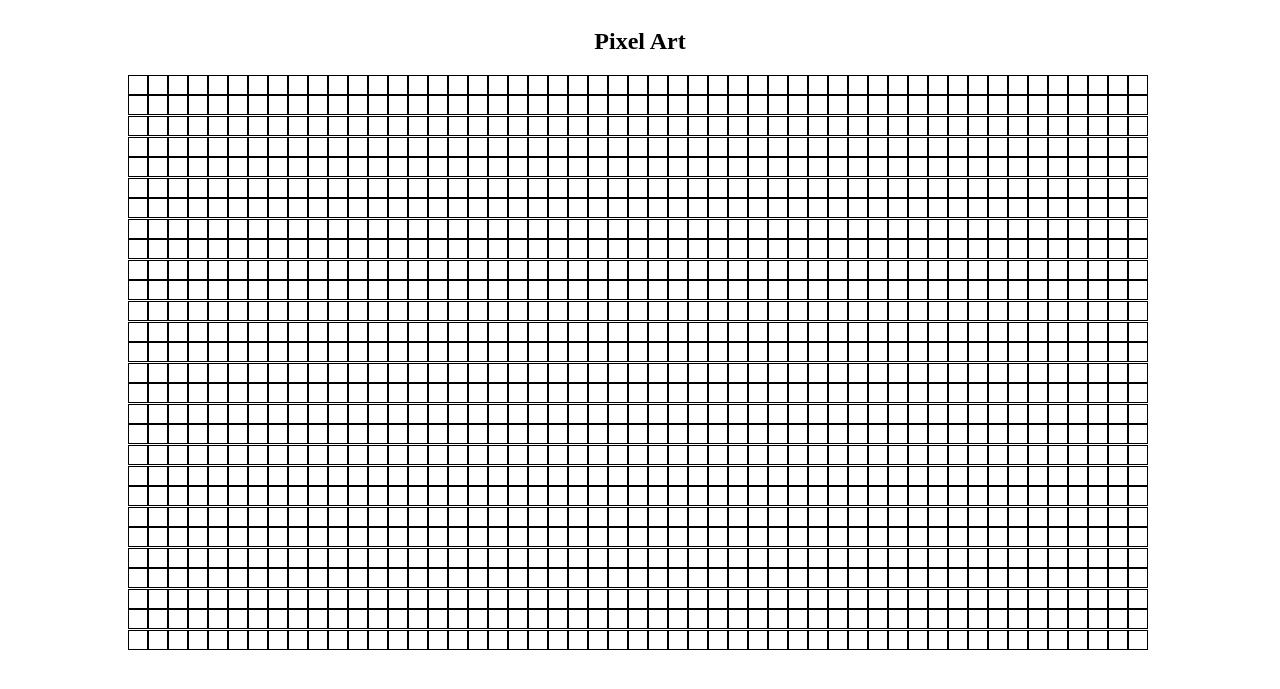
Repository: bechara611/pixelartdb
Page: /
The author's editor kept a copy of each file at every save. The page is drawn from the files as they stood at one save, then again after the next save.
The browser window is 1280 px wide. The pictures show the whole page.
The project was rebuilt for these pictures with package versions that can differ from the ones it lists, and the page was loaded fresh each time. Also part of the build but not shown: vite.config.js.

Above is the page before, as saved 2023-03-06 11:48:29.

After the next save:
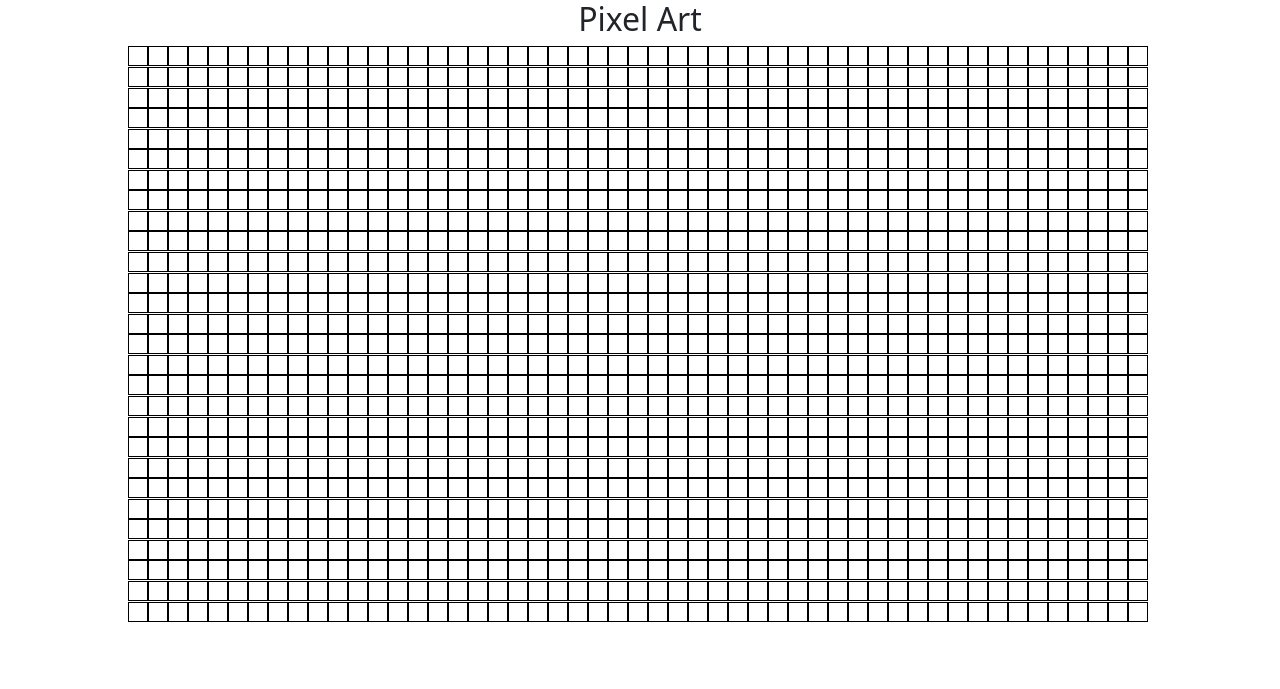
Saved 11 min 7 s later.
--- a/src/main.jsx
+++ b/src/main.jsx
@@ -1,7 +1,7 @@
 import React from 'react'
 import ReactDOM from 'react-dom/client'
 import App from './App'
-
+import 'bootstrap/dist/css/bootstrap.min.css'
 
 ReactDOM.createRoot(document.getElementById('root')).render(
 
